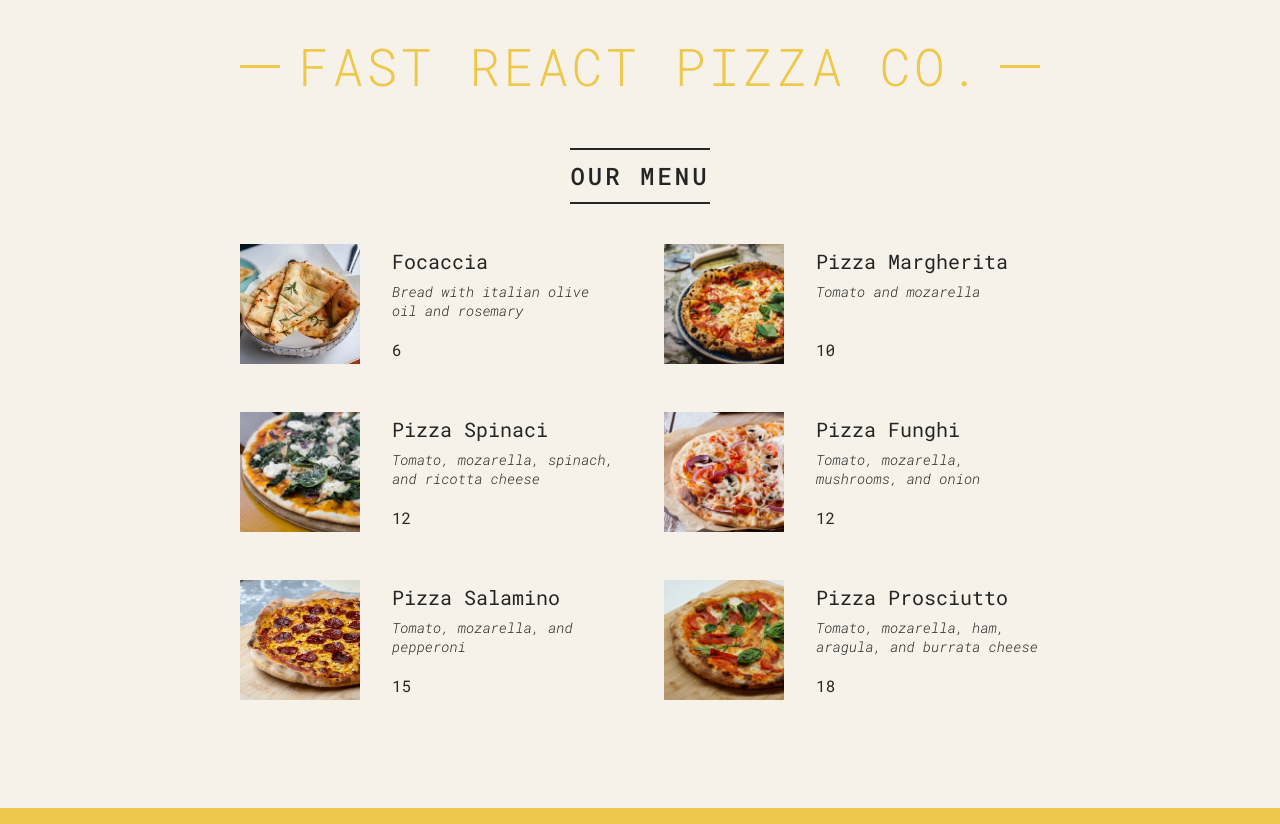
Repository: ahmedharidy/First-React-App
Page: /
An editor plug-in stored every save of this project. The page is shown before and after the next save, followed by the edit.
The browser window is 1280 px wide. The pictures show the whole page.
The project was rebuilt for these pictures with package versions that can differ from the ones it lists, and the page was loaded fresh each time.

Above is the page before, as saved 2026-09-23 01:22:35.

### src/index.js
import React from "react";
import ReactDOM from "react-dom/client";
import "./index.css";

const pizzaData = [
  {
    name: "Focaccia",
    ingredients: "Bread with italian olive oil and rosemary",
    price: 6,
    photoName: "pizzas/focaccia.jpg",
    soldOut: false,
  },
  {
    name: "Pizza Margherita",
    ingredients: "Tomato and mozarella",
    price: 10,
    photoName: "pizzas/margherita.jpg",
    soldOut: false,
  },
  {
    name: "Pizza Spinaci",
    ingredients: "Tomato, mozarella, spinach, and ricotta cheese",
    price: 12,
    photoName: "pizzas/spinaci.jpg",
    soldOut: false,
  },
  {
    name: "Pizza Funghi",
    ingredients: "Tomato, mozarella, mushrooms, and onion",
    price: 12,
    photoName: "pizzas/funghi.jpg",
    soldOut: false,
  },
  {
    name: "Pizza Salamino",
    ingredients: "Tomato, mozarella, and pepperoni",
    price: 15,
    photoName: "pizzas/salamino.jpg",
    soldOut: true,
  },
  {
    name: "Pizza Prosciutto",
    ingredients: "Tomato, mozarella, ham, aragula, and burrata cheese",
    price: 18,
    photoName: "pizzas/prosciutto.jpg",
    soldOut: false,
  },
];
function App() {
  return (
    <div className="container">
      <Header />
      <Menu />
      <Footer />
    </div>
  );
}

function Header() {
  //   const style = { color: "red", fontSize: "48px", textTransform: "uppercase" };
  const style = {};
  return (
    <header className="header">
      <h1 style={style}>Fast react pizza co.</h1>
    </header>
  );
}
function Menu() {
  const pizzas = pizzaData;
  const numPizzas = pizzas.length;
  return (
    <main className="menu">
      <h2>Our menu</h2>

      {numPizzas > 0 && (
        <ul className="pizzas">
          {pizzas.map((pizza) => (
            <Pizza pizzaObj={pizza} key={pizza.name} />
          ))}
        </ul>
      )}

      {/* <Pizza
        name="pizza spinaci"
        ingredient="Bread with italian olive oil and rosemary"
        photoName="pizzas/spinaci.jpg"
        price={10}
      />

      <Pizza
        name="pizza funghi"
        ingredient="Bread with tomato and mushrooms"
        photoName="pizzas/funghi.jpg"
        price={50}
      /> */}
    </main>
  );
}

function Pizza(props) {
  return (
    <li className="pizza">
      <img src={props.pizzaObj.photoName} alt={props.pizzaObj.name}></img>
      <div>
        <h3>{props.pizzaObj.name}</h3>
        <p>{props.pizzaObj.ingredients}</p>
        <span>{props.pizzaObj.price}</span>
      </div>
    </li>
  );
}

function Footer() {
  const hour = new Date().getHours();
  const openHour = 1;
  const closeHour = 24;
  const isOpen = hour >= openHour && hour <= closeHour;
  //   if (hour >= openHour && hour <= closeHour) alert("were currently open!");
  //   else alert("sorry were closed");

  return (
    <footer className="footer">
      {isOpen ?? (
        <div className="order">
          <p>We're open until {closeHour}:00. Come visit us or order online</p>
          <button className="btn">Order</button>
        </div>
      )}
    </footer>
  );
  //   return React.createElement("footer", null, "we're currently open");
}

const root = ReactDOM.createRoot(document.getElementById("root"));

root.render(<App />);

Loaded but not shown: public/index.html (common file); src/index.css (common file)

After the next save:
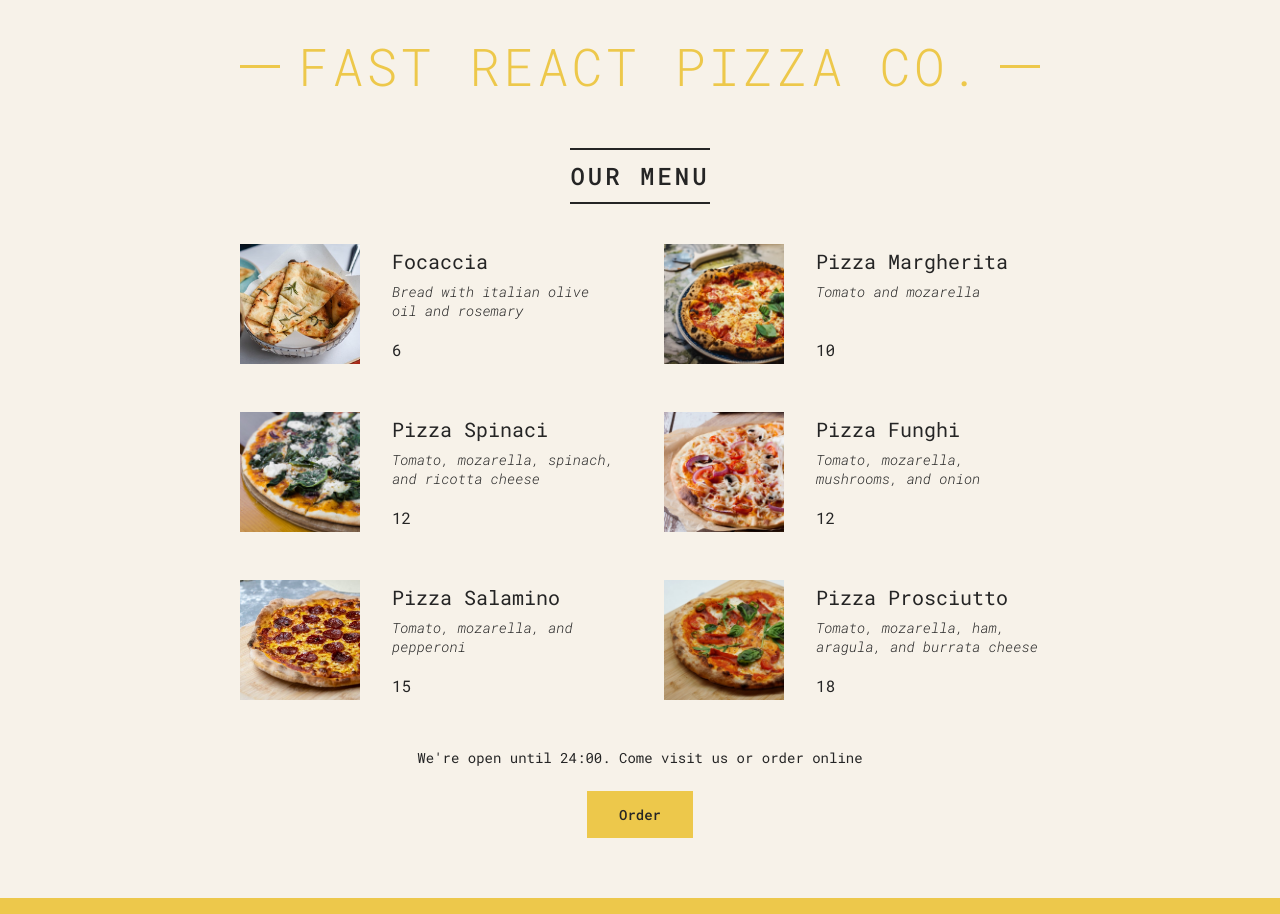
Saved 51 s later.
--- a/src/index.js
+++ b/src/index.js
@@ -120,7 +120,7 @@ function Footer() {
 
   return (
     <footer className="footer">
-      {isOpen ?? (
+      {isOpen && (
         <div className="order">
           <p>We're open until {closeHour}:00. Come visit us or order online</p>
           <button className="btn">Order</button>
